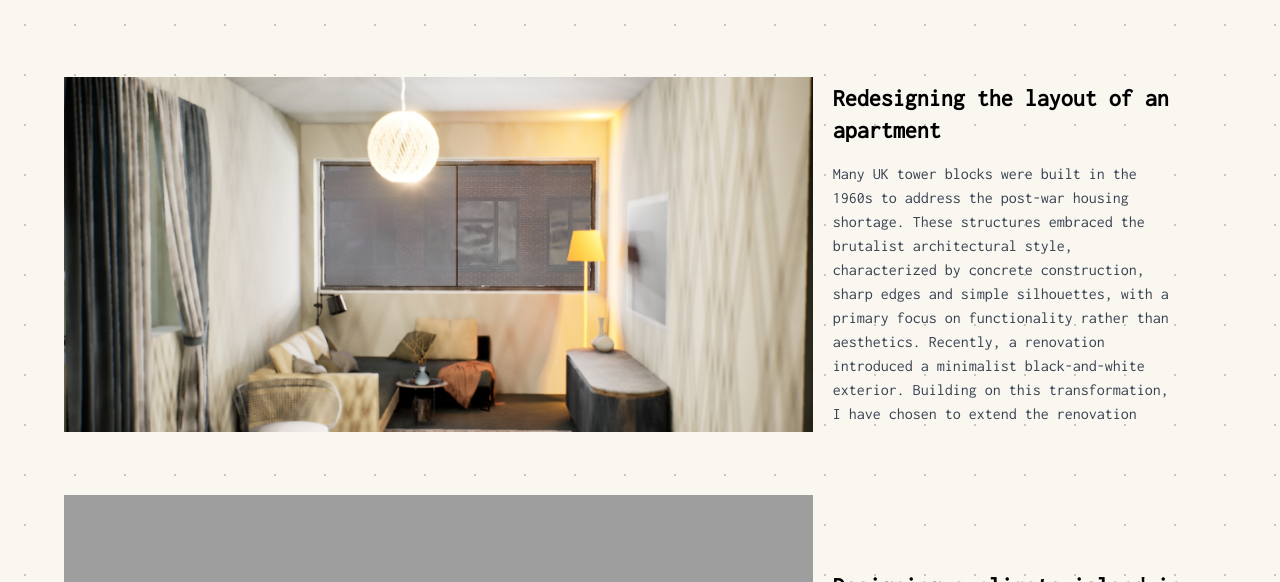
Repository: BBRRE/Portfolio-V2
Page: /#/Architecture
The author's editor kept a copy of each file at every save. The page is drawn from the files as they stood at one save, then again after the next save.
The browser window is 1280 px wide. The pictures show the part of the page from y = 0 to 582 px (the page is 1020 px tall before and 1114 px after).
Pictures or frames that could not be fetched are drawn as grey boxes. Some web fonts or font styles are not loaded; a fallback is used. The project was rebuilt for these pictures with package versions that can differ from the ones it lists, and the page was loaded fresh each time. Also part of the build but not shown: vite.config.js, src/Subjects/CompSci.jsx, src/Subjects/EEng.jsx, src/Subjects/Other.jsx, src/Projects Overview.jsx, src/HomePage.jsx, src/ErrorBoundary.jsx.

Above is the page before, as saved 2024-11-26 21:03:35.

### index.html
<!doctype html>
<html lang="en">
  <head>
    <meta charset="UTF-8" />
    <link rel="icon" type="image/svg+xml" href="src\assets\letter-bb.svg" />
    <link href="https://fonts.googleapis.com/css2?family=Inconsolata&family=Italiana&family=Hubballi&family=Julius+Sans+One&display=swap" rel="stylesheet">
    <link rel="preconnect" href="https://fonts.googleapis.com" />
<link rel="preconnect" href="https://fonts.gstatic.com" crossorigin />
<link
  rel="stylesheet"
  href="https://fonts.googleapis.com/css2?family=Roboto:wght@300;400;500;700&display=swap"
/>
<link
  rel="stylesheet"
  href="https://fonts.googleapis.com/icon?family=Material+Icons"
/>

    <meta name="viewport" content="width=device-width, initial-scale=1.0" />
    <title>Bilaal Bare</title>
  </head>
  <body>
    <div id="root"></div>
    <script type="module" src="/src/main.jsx"></script>
  </body>
</html>

### src/main.jsx
import React from 'react'
import ReactDOM from 'react-dom/client'
import App from './App'
import ErrorBoundary from './ErrorBoundary'
import './index.css'

ReactDOM.createRoot(document.getElementById('root')).render(
  <React.StrictMode>
    <ErrorBoundary>
      <App />
    </ErrorBoundary>
  </React.StrictMode>
)

### src/App.jsx
import { HashRouter as Router, Routes, Route } from 'react-router-dom';
import Archi from './Subjects/Archi.jsx'
import CompSci from './Subjects/CompSci.jsx'
import EEng from './Subjects/EEng.jsx'
import Other from './Subjects/Other.jsx'
import { HomePage } from './HomePage'
import { useState, useEffect } from 'react'

function App() {
  useEffect(() => {
    console.log('App component mounted')
  }, [])

  return (
    <Router>
        <Routes>
          <Route path="/" element={<HomePage />} />
          <Route path="/Architecture" element={<Archi />} />
          <Route path="/Electronic-Eng" element={<EEng />} />
          <Route path="/Computer-Sci" element={<CompSci />} />
          <Route path="/Other" element={<Other />} />
        </Routes>
    </Router>
  )
}

export default App

### src/index.css
@tailwind base;
@tailwind components;
@tailwind utilities;

@layer utilities {
  .bg-dot-pattern {
    background-image: radial-gradient(circle, rgba(0, 0, 0, 0.2) 1px, transparent 1px);
    background-size: 50px 50px; /* Adjust the spacing here */
  }
}

### src/Subjects/Archi.jsx
import React, { useState, useEffect } from 'react';
import { motion } from "framer-motion";
import archi from "../assets/arch.jpg";
import old from "../assets/Old.jpg";
import newL from "../assets/New.jpg";
import render1 from "../assets/NewLevelSequence.0001.jpeg"
import render2 from "../assets/NewLevelSequence.0002.jpeg"
import render3 from "../assets/NewLevelSequence.0003.jpeg"
import render4 from "../assets/NewLevelSequence.0004.jpeg"
import render5 from "../assets/NewLevelSequence.0005.jpeg"
import kitchen from "../assets/Kitchene.PNG";
import balcony from "../assets/Balconye.PNG";
import bathroom from "../assets/Bathroome.PNG";
import logronyo from "../assets/LOGRONYO1-min.png"
import logronyo1 from "../assets/LOGRONYO1.png"
import logronyo2 from "../assets/LOGRONYO2.png"
import logronyo3 from "../assets/LOGRONYO3.png"
import logronyo4 from "../assets/LOGRONYO4.png"


const Arcchi = () => {
  const [isExpanded, setIsExpanded] = useState(false);
  const [delayedExpanded, setDelayedExpanded] = useState(false);
  const [isExpanded2, setIsExpanded2] = useState(false);
  const [delayedExpanded2, setDelayedExpanded2] = useState(false);

  useEffect(() => {
    let timer;
    if (isExpanded) {setDelayedExpanded(true)
    } else {
      timer = setTimeout(() => setDelayedExpanded(false), 1000);
    }
    return () => clearTimeout(timer);
  }, [isExpanded]);

  useEffect(() => {
    let timer;
    if (isExpanded2) {setDelayedExpanded2(true)
    } else {
      timer = setTimeout(() => setDelayedExpanded2(false), 1000);
    }
    return () => clearTimeout(timer);
  }, [isExpanded2]);

  const containerVariants = {
    hidden: {
      y: -100,
      opacity: 0
    },
    visible: {
      y: 0,
      opacity: 1,
      transition: {
        type: "spring",
        damping: 20,
        stiffness: 100,
        duration: 1
      }
    }
  };
  // Separate variants for mobile and desktop
  const imageVariants = {
    initial: {
      width: '65%',
      x: 0,
      transition: { duration: 2 }
    },
    expanded: {
      width: '100%',
      x: 0,
      transition: { duration: 2 }
    }
  };

  // Desktop-specific variants
  const desktopImageVariants = {
    initial: {
      width: '65%',
      x: 0,
      transition: { duration: 2 }
    },
    expanded: {
      width: '100%',
      x: '15%',
      transition: { duration: 2 }
    }
  };

  const textVariants = {
    initial: { opacity: 1, y: 0 },
    fading: { opacity: 0, transition: { duration: 0.5 } },
    appearing: { opacity: 1, y: '-50%', transition: { duration: 0.5 } }
  };

  return (
    <div className='bg-[#F9F7F0] bg-dot-pattern flex flex-col gap-14 h-auto'>
    <div className={` font-inconsolata w-full overflow-hidden mt-[-100px] `}>
      <motion.div
        className="flex flex-col pt-[60px] md:pt-[100px] gap-4 md:gap-8 w-full"
        initial="hidden"
        animate="visible"
        variants={containerVariants}
      >
        <div className="flex w-full mx-auto max-w-[1200px] flex-col px-4 md:px-6">
          {/* Initial hero section */}
          <div
            className="flex flex-col md:flex-row w-full mx-auto max-w-[1200px] h-[60vh] md:h-[80vh] cursor-pointer relative z-10"
            onClick={() => setIsExpanded(!isExpanded)}
          >
            {/* Mobile Image */}

            <motion.img
              className="object-contain rounded-sm z-10 mx-auto md:hidden"
              src={render1}
              initial="initial"
              animate={isExpanded ? "expanded" : "initial"}
              variants={imageVariants}
            />

            {/* Desktop Image */}
            <motion.img
              className="hidden md:block object-contain rounded-sm z-10"
              src={render1}
              initial="initial"
              animate={isExpanded ? "expanded" : "initial"}
              variants={desktopImageVariants}
            />

            <motion.div
              className="w-full md:w-1/3 p-4 md:pl-[20px] md:pt-[20px] my-auto"
              initial="initial"
              animate={isExpanded ? "fading" : "initial"}
              variants={textVariants}
            >
              <h1 className="text-xl md:text-2xl font-semibold mb-4">Redesigning the layout of an apartment</h1>
              <p className="text-gray-700 leading-relaxed text-sm md:text-base z-10">
              Many UK tower blocks were built in the 1960s to address the post-war housing shortage. These structures embraced the brutalist architectural style, characterized by concrete construction, sharp edges and simple silhouettes,
               with a primary focus on functionality rather than aesthetics. Recently, a renovation introduced a minimalist black-and-white exterior. Building on this transformation, I have chosen to extend the renovation indoors,
                creating a complementary interior that honors the brutalist origins while incorporating a modern touch.
              </p>
            </motion.div>
          </div>

          {/* Expanded grid section */}
          <motion.div
            className={`w-full max-w-[1200px] mx-auto transition-all duration-1000 ease-in-out  ${isExpanded ? '' : 'h-64'}
              ${isExpanded ? 'opacity-100 mt-[-200px] md:mt-8' : 'opacity-0 mt-[-400px]'}
              `}
          >
            <div className="grid grid-cols-1 md:grid-cols-2 gap-8 md:gap-16 p-4 md:p-8 justify-center">
              {/* Balcony Section */}
              <div className="flex flex-col space-y-4 md:space-y-6">
              <img
                  src={balcony}
                  alt="Balcony view"
                  className="w-full max-w-[400px] h-auto object-cover rounded-lg shadow-lg mx-auto"
                />
                <img
                  src={render5}
                  alt="Balcony view"
                  className="w-full max-w-[400px] h-auto object-cover rounded-lg shadow-lg mx-auto"
                />
                <div className="space-y-2 md:space-y-4 px-4 md:px-0">
                  <h2 className="text-lg md:text-xl font-semibold">Balcony Transformation</h2>
                  <p className="text-gray-700 leading-relaxed text-sm md:text-base">
                  What appeared to be a balcony was actually an awkward space connecting the main bedroom to the living room.
                   Despite not protruding from the building's facade, this area had defaulted to storage use. By removing this space,
                    I was able to expand the smaller bedrooms and provide them with direct access to exterior windows. The responsibility of storage would be removed from balcony and distrabuted accross the home
                     requiring alternative storage solutions to be disscused later.
                  </p>
                </div>
              </div>

              {/* Kitchen Section */}
              <div className="flex flex-col space-y-4 md:space-y-6 md:mt-[200px]">
                <img
                  src={kitchen}
                  alt="Balcony view"
                  className="w-full max-w-[400px] h-auto object-cover rounded-lg shadow-lg mx-auto"
                />
                <img
                  src={render2}
                  alt="Kitchen design"
                  className="w-full max-w-[400px] h-auto object-cover rounded-lg shadow-lg mx-auto"
                />
                <div className="space-y-2 md:space-y-4 px-4 md:px-0">
                  <h2 className="text-lg md:text-xl font-semibold">Modern Kitchen Design</h2>
                  <p className="text-gray-700 leading-relaxed text-sm md:text-base">
                    The kitchen was and small narrow with one small window, and despite it's size it was being used as also being used as a laundry
                    room. I decided to expand the kitchen out into the living room and incorporate a large window to not only help with ventilation but
                    to bring some natural light giving a more enjoyable cooking experience. I also removed many small storage rooms in the kitchen and repurposed
                    it into one large laundry / storage room. This alleviates some stress off the kitchen, and as the door is angled away from the kitchen you wouldn't be
                     interupted while baking. The larger laundry / storage room would act as the central storage and as each bedroom is now larger, there would be
                     space for separated storage within each room.
                  </p>
                </div>
              </div>

              {/* Bathroom Section */}
              <div className="flex flex-col space-y-4 md:space-y-6 md:my-[-300px]">
              <img
                  src={bathroom}
                  alt="Balcony view"
                  className="w-full max-w-[400px] h-auto object-cover rounded-lg shadow-lg mx-auto"
                />
                <img
                  src={render3}
                  alt="Bathroom design"
                  className="w-full max-w-[400px] h-auto object-cover rounded-lg shadow-lg mx-auto"
                />
                <div className="space-y-2 md:space-y-4 px-4 md:px-0">
                  <h2 className="text-lg md:text-xl font-semibold">Luxurious Bathroom</h2>
                  <p className="text-gray-700 leading-relaxed text-sm md:text-base">
                    The bathroom was 2 seperate small rooms, while it came with it's advantages, could be used in parralell, it also had many disadvantages, including the small size.
                     A combined washroom gives you a larger space and with the additional
                    divider it would provide the benifit of seperating the toilet from the bathroom. Within the neighberhood this tower block
                    resides, it is very common to have a pair of crocs / flip flops in the bathroom, with the new sliding doors the sandlas can remain
                    at the enterance while you both open and close the door.
                  </p>
                </div>
              </div>

              {/* Floor Plan Section */}
              <div className="flex flex-col space-y-4 md:space-y-6">
                <div className="h-auto md:h-auto bg-white rounded-lg shadow-lg p-4 md:p-6 md:mt-[450px]">
                  <h2 className="text-lg md:text-xl font-semibold mb-2 md:mb-4">Floor Plans & Technical Details</h2>
                  <p className="text-gray-700 leading-relaxed text-sm md:text-base ">
                  Built in the 1960s, this tower block features a typical construction style of its era: load-bearing exterior
                  walls and central columns, with non-load-bearing interior walls. This structural arrangement provided complete freedom
                  in redesigning the interior layout to meet modern living standards. Both the old and renovated floor plan, created in AutoCAD, is shown below.
                  </p>
                </div>
              </div>

              {/* Final Image */}
              <img
                src={old}
                className="col-span-1 md:col-span-2 mt-8 w-full max-w-[1200px] mb-[-50px] mx-auto rounded-lg shadow-lg"
                alt="New Layout"
              />
              <img
                src={newL}
                className="col-span-1 md:col-span-2 mt-8 w-full max-w-[1200px] mb-[100px] mx-auto rounded-lg shadow-lg"
                alt="New Layout"
              />
            </div>
          </motion.div>
        </div>
      </motion.div>
    </div>



    <div className={` font-inconsolata w-full overflow-hidden mt-[-100px] mb-[100px]`}>
      <motion.div
        className="flex flex-col pt-[60px] md:pt-[100px] gap-4 md:gap-8 w-full"
        initial="hidden"
        animate="visible"
        variants={containerVariants}
      >
        <div className="flex w-full mx-auto max-w-[1200px] flex-col px-4 md:px-6">
          {/* Initial hero section */}
          <div
            className="flex flex-col md:flex-row w-full mx-auto max-w-[1200px] h-[60vh] md:h-[80vh] cursor-pointer relative z-10"
            onClick={() => setIsExpanded2(!isExpanded2)}
          >
            {/* Mobile Image */}

            <motion.img
              className="object-contain rounded-sm z-10 mx-auto md:hidden"
              src={logronyo}
              initial="initial"
              animate={isExpanded2 ? "expanded" : "initial"}
              variants={imageVariants}
            />

            {/* Desktop Image */}
            <motion.img
              className="hidden md:block object-contain rounded-sm z-10"
              src={logronyo}
              initial="initial"
              animate={isExpanded2 ? "expanded" : "initial"}
              variants={desktopImageVariants}
            />

            <motion.div
              className="w-full md:w-1/3 p-4 md:pl-[20px] md:pt-[20px] my-auto"
              initial="initial"
              animate={isExpanded2 ? "fading" : "initial"}
              variants={textVariants}
            >
              <h1 className="text-xl md:text-2xl font-semibold mb-4">Designing a climate island in Logronyo.</h1>
              <p className="text-gray-700 leading-relaxed text-sm md:text-base z-10">
              Entry to a compititon ran by Concéntrico for an urban climate island. The entries are evaluted on sustainability, feasibility, versatility and integration
              into the architectural and urban enviroment. I have designed this entry to take inspiration from the geodesic design of the neighbouring train and bus station and the tessellated design of Parque Felipe VI park
               in which it resides. The climbing plants provide shade, modular seating elemts provide both social and individual rest spots, planters integrated into the base of the structure and green areas.
              </p>
            </motion.div>
          </div>

          {/* Expanded grid section */}
          <motion.div
            className={`w-full max-w-[1200px] mx-auto transition-all duration-1000 ease-in-out ${isExpanded2 ? '' : 'h-64'}
              ${isExpanded2 ? 'opacity-100 mt-[-200px] md:mt-8' : 'opacity-0 mt-[-400px]'}
              `}
          >
            <div className="grid grid-cols-1 md:grid-cols-2 gap-8 md:gap-16 p-4 md:p-8 justify-center">

                <img
                  src={logronyo2}
                  alt="Balcony view"
                  className="w-full max-w-[600px] h-auto object-cover rounded-lg shadow-lg mx-auto"
                />
                <img
                  src={logronyo3}
                  alt="Balcony view"
                  className="w-full max-w-[600px] h-auto object-cover rounded-lg shadow-lg mx-auto"
                />
              <img
                  src={logronyo4}
                  alt="Balcony view"
                  className="w-full max-w-[1200px] h-auto object-cover rounded-lg shadow-lg mx-auto col-span-2"
                />
                <img
                  src={logronyo1}
                  alt="Bathroom design"
                  className="w-full max-w-[800px] h-auto object-cover rounded-lg shadow-lg mx-aut col-span-2 mx-auto"
                />
            </div>
          </motion.div>
        </div>
      </motion.div>
    </div>
    </div>
  );
};

export default Arcchi;

### tailwind.config.js
/** @type {import('tailwindcss').Config} */
export default {
    darkMode: ["class"],
    content: ["index.css",
  "./src/**/*.{js,ts,jsx,tsx}",],
  theme: {
  	extend: {
  		backgroundImage: {
  			noise: "url('/src/assets/nnnoise.svg')",
  			undulate: "url('/src/assets/uuundulate.svg')"
  		},
  		fontFamily: {
  			inconsolata: ['Inconsolata', 'monospace'],
  			italiana: ['Italiana', 'serif'],
  			hubballi: ['Hubballi', 'cursive'],
  			julius: ['Julius Sans One"', 'sans-serif']
  		},
      keyframes: {
        fadeIn: {
          '0%': { opacity: '0' },
          '100%': { opacity: '1' },
        },
      }
  	}
  }
}

After the next save:
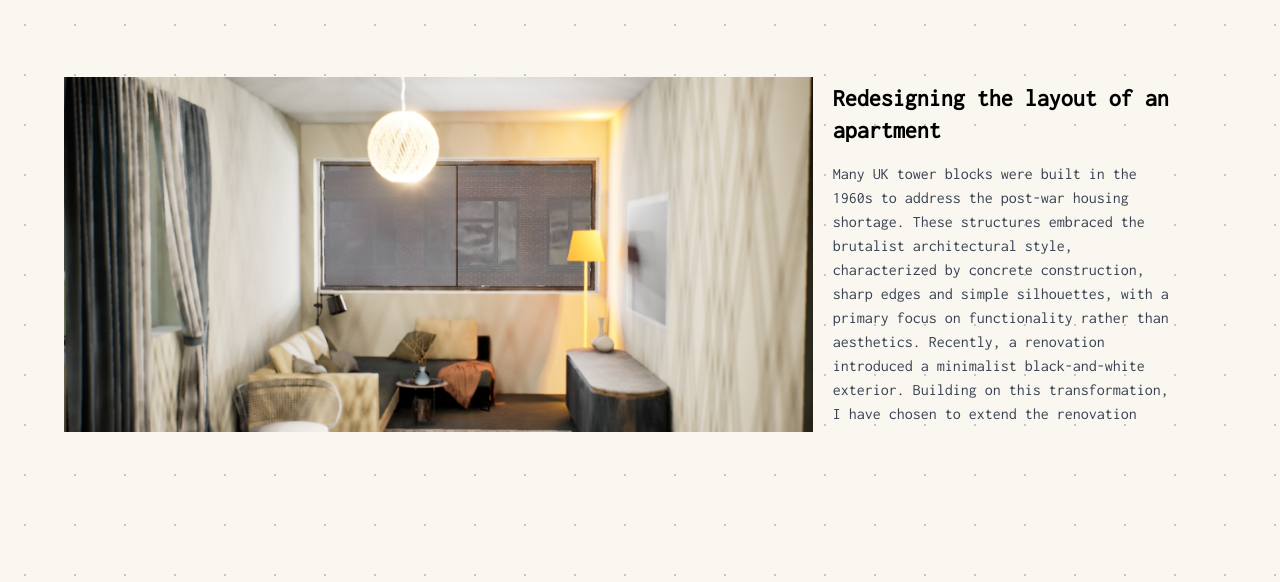
Saved 9 min 47 s later.
--- a/src/Subjects/Archi.jsx
+++ b/src/Subjects/Archi.jsx
@@ -93,7 +93,7 @@ const Arcchi = () => {
   };
 
   return (
-    <div className='bg-[#F9F7F0] bg-dot-pattern flex flex-col gap-14 h-auto'>
+    <div className='bg-[#F9F7F0] bg-dot-pattern flex flex-col gap-[150px] h-auto'>
     <div className={` font-inconsolata w-full overflow-hidden mt-[-100px] `}>
       <motion.div
         className="flex flex-col pt-[60px] md:pt-[100px] gap-4 md:gap-8 w-full"
